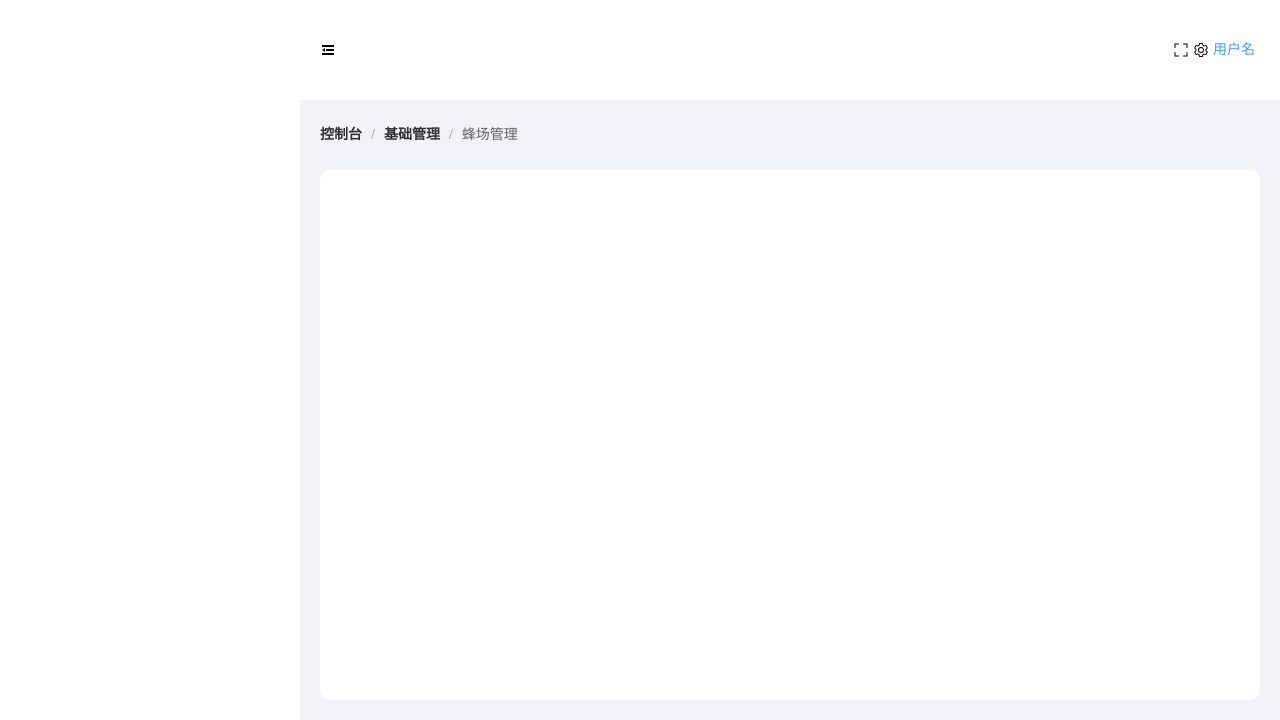
Repository: secret47/test-office-demo
Page: /dashboard/basic
These files come from the project's save history. The page is drawn as it stood at one moment and after the next save; the edit follows.
The browser window is 1280 px wide. The pictures show the whole page.
The project was rebuilt for these pictures with package versions that can differ from the ones it lists, and the page was loaded fresh each time. Also part of the build but not shown: vite.config.js.

Above is the page before, as saved 2024-10-31 16:00:07.

After the next save:
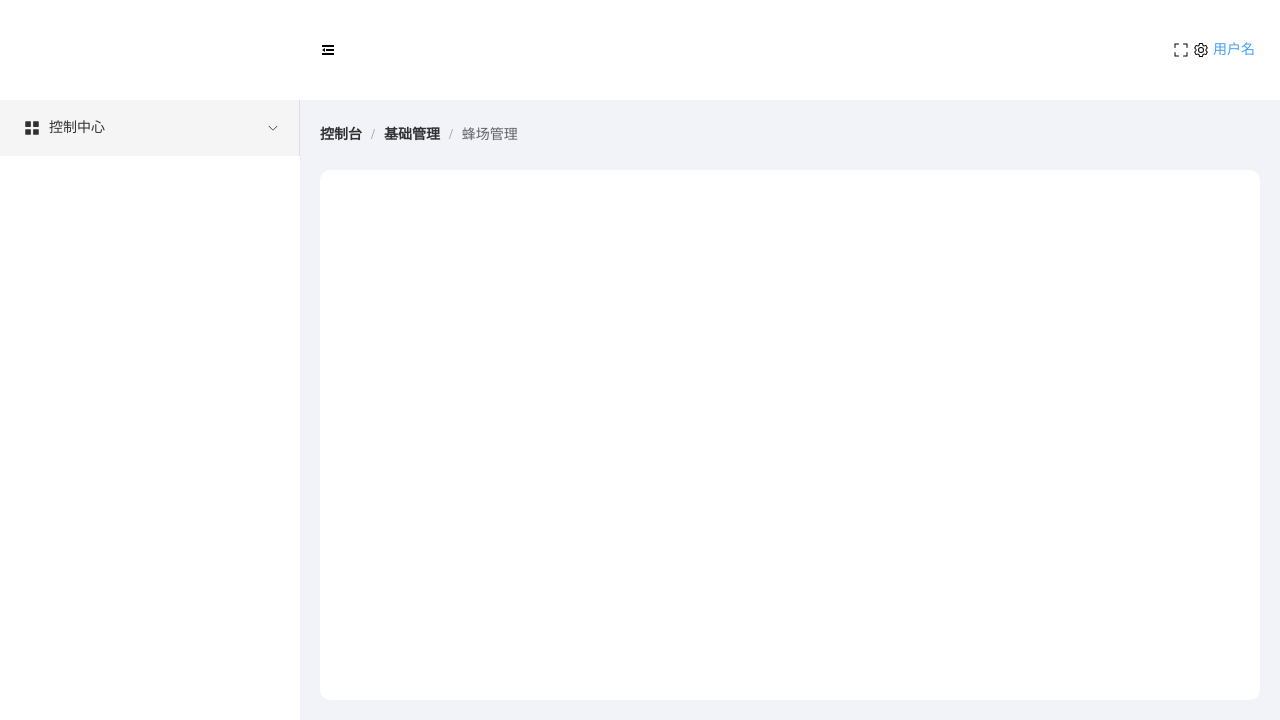
Saved 3 min 8 s later.
--- a/src/layouts/components/menu.vue
+++ b/src/layouts/components/menu.vue
@@ -1,10 +1,12 @@
 <template>
     <el-menu class="menu" :collapse="appStore.isMenuCollapsed" :style="{ width: appStore.sidebarWidth + 'px' }">
-        <el-sub-menu :index="item.index" v-for="(item, index) in menubar" :key="item.index">
+        <!-- 遍历一级路由，筛选出有子路由且meta中有title的路由作为侧边栏一级菜单 -->
+        <el-sub-menu :index="item.name" v-for="(item, index) in filteredRoutes" :key="item.name">
             <template #title>
-                <MenuTitle :text="item.title" />
+                <MenuTitle :text="item.meta.title" />
             </template>
-            <el-menu-item :index="subItem.index" v-for="(subItem, subIndex) in item.children" :key="subItem.index">
+            <!-- 遍历一级路由的子路由，作为侧边栏二级菜单 -->
+            <el-menu-item :index="subItem.name" v-for="(subItem, subIndex) in item.children" :key="subItem.name">
                 <template #title>
                     <MenuTitle :text="subItem.meta.title" />
                 </template>
@@ -22,10 +24,20 @@ import { useRouter, useRoute } from 'vue-router';
 const appStore = useAppStore();
 const router = useRouter();
 
-// 筛选出需要在侧边栏显示的路由来构建menubar
-const menubar = ref(router.options.routes.filter(route => route.meta && route.meta.isMenu));
+// 筛选出需要在侧边栏显示的一级路由（有子路由且meta中有title）
+const filteredRoutes = ref(router.options.routes.filter(route => route.children && route.children.length > 0 && route.meta && route.meta.title));
 
-console.log(menubar,"----");
+console.log(router.options);
 </script>
 
-<style lang="scss" scoped></style>
+<style lang="scss" scoped>
+.menu {
+    background-color: #f5f5f5;
+    transition: width 0.3s ease;
+}
+
+.menu.collapsed {
+    border-right: 0;
+    justify-content: center;
+}
+</style>
